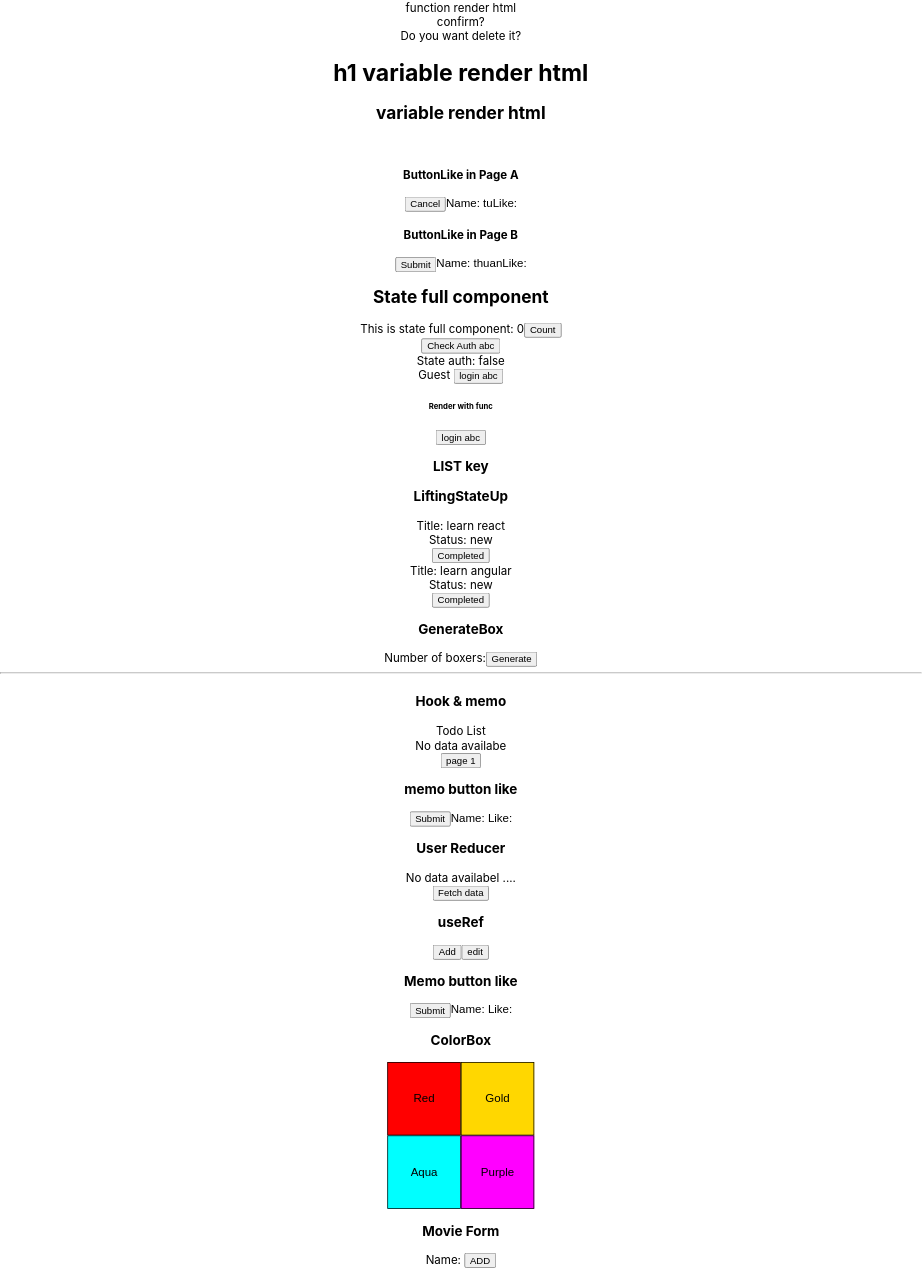
Repository: HoangTu18/reactjs-exercise
Page: /
These files come from the project's save history. The page is drawn as it stood at one moment and after a run of saves; the edit follows.
The browser window is 1280 px wide. The pictures show the whole page, at 72% of full size.
The page's requests for data from a server got no answer. The project was rebuilt for these pictures with package versions that can differ from the ones it lists, and the page was loaded fresh each time. No one was signed in, and anything a server would have sent is missing. Also part of the build but not shown: src/pages/StateObject.jsx, src/components/GenerateBox/GenerateBoxItem.jsx.

Above is the page before, as saved 2022-06-15 16:35:19.

After the next 3 saves:
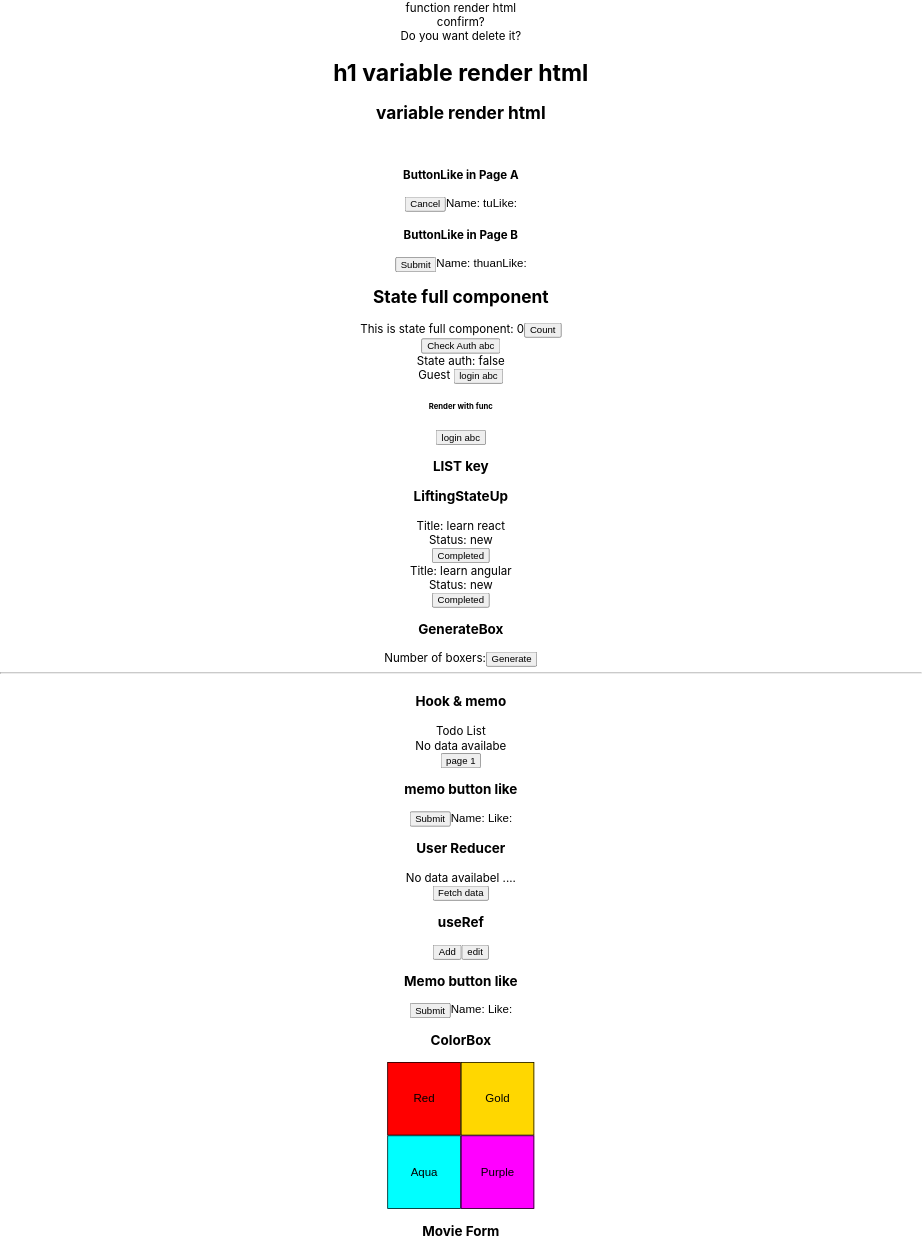
The 3 saves are shown as one change because they came seconds apart.
The last was saved 11 s later.
--- a/src/exercise/MovieFilm/MovieForm.jsx
+++ b/src/exercise/MovieFilm/MovieForm.jsx
@@ -1,32 +1,7 @@
 import React from "react";
 
-const MoviesForm = () => {
-  const [name, setName] = React.useState("");
-  const [movies, setMovies] = React.useState([]);
-  const handleChange = (e) => {
-    setName(e.target.value);
-  };
-  const createMovie = () => {
-    if (name.trim().length !== 0) {
-      movies.push(name);
-    } else {
-      alert("No movie's name");
-    }
-  };
+function MovieForm(props) {
+  return <div></div>;
+}
 
-  return (
-    <div>
-      Name: <input type="text" onChange={handleChange} />
-      <button type="button" onClick={createMovie}>
-        ADD
-      </button>
-      <ul>
-        {movies.map((movie, index) => (
-          <li key={index}>{movie}</li>
-        ))}
-      </ul>
-    </div>
-  );
-};
-
-export default MoviesForm;
+export default MovieForm;
